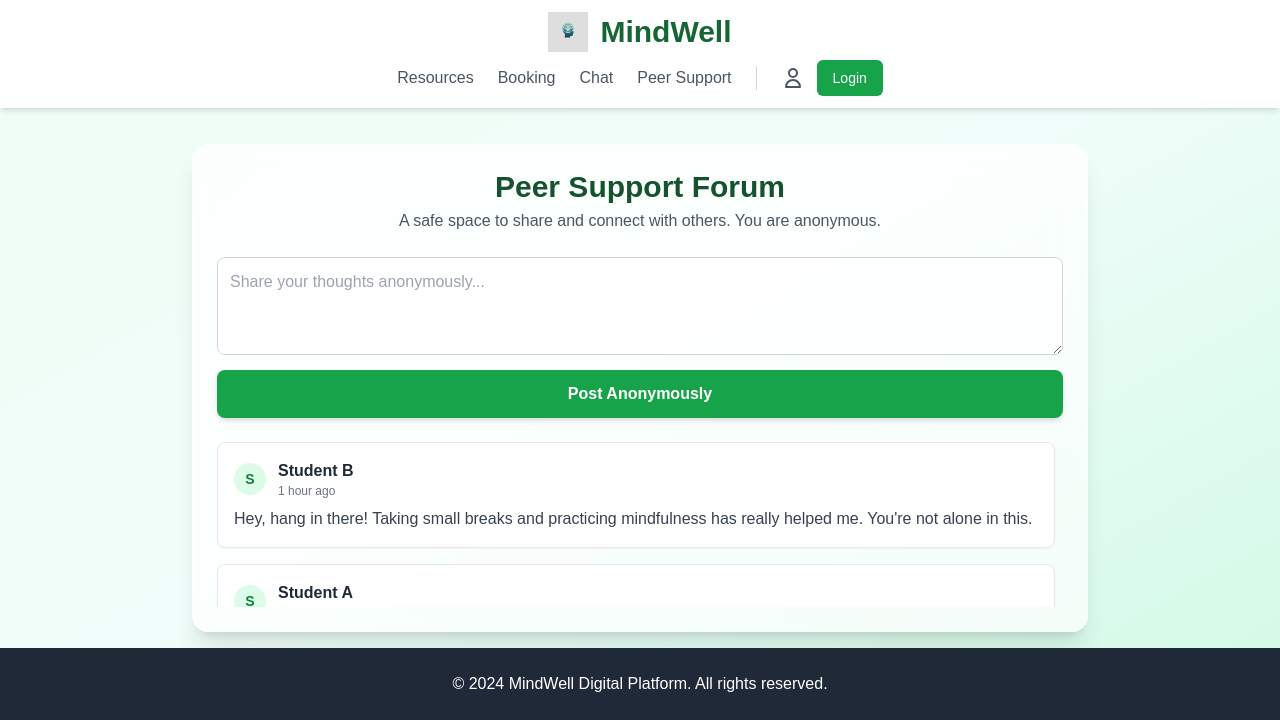
Repository: alokse24b01025/mentalhealth-project-sih-
Page: /peer-support (app in p1/)
The author's editor kept a copy of each file at every save. The page is drawn from the files as they stood at one save, then again after the next save.
The browser window is 1280 px wide. The pictures show the whole page.
The project was rebuilt for these pictures with package versions that can differ from the ones it lists, and the page was loaded fresh each time. Also part of the build but not shown: p1/vite.config.js, p1/src/pages/HomePage.jsx, p1/src/components/Chatbot.jsx, p1/src/pages/ChatPage.jsx, p1/src/components/ResourceCard.jsx, p1/src/data/mockResources.js, p1/src/pages/ResourcesPage.jsx, p1/src/data/mockCounselors.js and 3 more.

Above is the page before, as saved 2025-09-10 12:28:12.

### p1/index.html
<!doctype html>
<html lang="en">
  <head>
    <meta charset="UTF-8" />
    <link rel="icon" type="image/svg+xml" href="/logo.png" />
    <meta name="viewport" content="width=device-width, initial-scale=1.0" />
    <title>MINDwell</title>
  </head>
  <body>
    <div id="root"></div>
    <script type="module" src="/src/main.jsx"></script>
  </body>
</html>

### p1/src/App.jsx
import React from 'react';
import { BrowserRouter as Router, Routes, Route } from 'react-router-dom';
import { AuthProvider } from './AuthContext'; // Import the provider

// Import your pages
import HomePage from './pages/HomePage';
import ChatPage from './pages/ChatPage';
import ResourcesPage from './pages/ResourcesPage';
import BookingPage from './pages/BookingPage';
import PeerSupportPage from './pages/PeerSupportPage';
import AdminDashboard from './pages/AdminDashboard';
import LoginPage from './pages/LoginPage'; // Import the new login page
import './index.css';

function App() {
  return (
    <AuthProvider> {/* Wrap everything in AuthProvider */}
      <Router>
        <Routes>
          <Route path="/" element={<HomePage />} />
          <Route path="/chat" element={<ChatPage />} />
          <Route path="/resources" element={<ResourcesPage />} />
          <Route path="/booking" element={<BookingPage />} />
          <Route path="/peer-support" element={<PeerSupportPage />} />
         <Route path="/admin" element={<AdminDashboard />} />
          <Route path="/login" element={<LoginPage />} /> {/* Add the login route */}
        </Routes>
      </Router>
    </AuthProvider>
  );
}

export default App;

### p1/src/index.css
@tailwind base;
@tailwind components;
@tailwind utilities;

body {
  font-family: Arial, sans-serif;
  -webkit-font-smoothing: antialiased;
  -moz-osx-font-smoothing: grayscale;
}

### p1/src/AuthContext.jsx
import React, { useContext, useState, useEffect } from 'react';
import { auth } from './firebase';
import {
  onAuthStateChanged,
  signOut,
  signInWithEmailAndPassword
} from "firebase/auth";

const AuthContext = React.createContext();

// This is the function that was likely missing the 'export' keyword
export function useAuth() {
  return useContext(AuthContext);
}

export function AuthProvider({ children }) {
  const [currentUser, setCurrentUser] = useState(null);
  const [loading, setLoading] = useState(true);

  function login(email, password) {
    return signInWithEmailAndPassword(auth, email, password);
  }

  function logout() {
    return signOut(auth);
  }

  useEffect(() => {
    const unsubscribe = onAuthStateChanged(auth, user => {
      setCurrentUser(user);
      setLoading(false);
    });

    return unsubscribe;
  }, []);

  const value = {
    currentUser,
    login,
    logout
  };

  return (
    <AuthContext.Provider value={value}>
      {!loading && children}
    </AuthContext.Provider>
  );
}

### p1/src/pages/PeerSupportPage.jsx
import React from 'react';
import Header from '../components/Header';
import Footer from '../components/Footer';
import PeerSupport from '../components/PeerSupport';

const PeerSupportPage = () => {
  return (
    // This creates a full-height, vertical layout for the entire page
    <div className="h-screen flex flex-col bg-gradient-to-br from-green-50 via-teal-50 to-emerald-100">
      <Header />

      {/* This main section takes up all remaining space and centers its content */}
      <main className="flex-1 w-full flex flex-col items-center p-4 pt-36 overflow-hidden">

        {/* This container holds the Peer Support UI and fills the main area without overflowing */}
        <div className="w-full max-w-4xl flex-1 flex flex-col min-h-0">

          {/* The PeerSupport component will now be fully visible and fill the available space */}
          <PeerSupport />

        </div>
      </main>

      <Footer />
    </div>
  );
};

export default PeerSupportPage;

### p1/src/firebase.js
import { initializeApp } from "firebase/app";
import { getAuth } from "firebase/auth";

// IMPORTANT: Replace this with the firebaseConfig object you copied from the Firebase console
const firebaseConfig = {
  apiKey: "YOUR_API_KEY",
  authDomain: "YOUR_AUTH_DOMAIN",
  projectId: "YOUR_PROJECT_ID",
  storageBucket: "YOUR_STORAGE_BUCKET",
  messagingSenderId: "YOUR_MESSAGING_SENDER_ID",
  appId: "YOUR_APP_ID"
};

// Initialize Firebase
const app = initializeApp(firebaseConfig);

// Export the auth instance to be used in other parts of the app
export const auth = getAuth(app);

### p1/src/components/Header.jsx
import React, { useState } from 'react';
import { Link } from 'react-router-dom';
import logo from '../assets/logo.png';
import { useAuth } from '../AuthContext';

const Header = () => {
  const { currentUser, logout } = useAuth();
  const [isLoggingOut, setIsLoggingOut] = useState(false);

  const handleLogout = async () => {
    setIsLoggingOut(true);
    try {
      await logout();
    } catch (error) {
      console.error("Failed to log out:", error);
    } finally {
      setIsLoggingOut(false);
    }
  };

  const profileIcon = (
    <svg xmlns="http://www.w3.org/2000/svg" className="h-6 w-6" fill="none" viewBox="0 0 24 24" stroke="currentColor" strokeWidth={2}>
      <path strokeLinecap="round" strokeLinejoin="round" d="M16 7a4 4 0 11-8 0 4 4 0 018 0zM12 14a7 7 0 00-7 7h14a7 7 0 00-7-7z" />
    </svg>
  );

  return (
    <header className="bg-white shadow-md fixed top-0 w-full z-50 py-3 flex flex-col items-center">

      {/* Top Row: Centered Logo and Name */}
      <div className="mb-2">
        <Link to="/" className="flex items-center justify-center gap-x-3">
          <img src={logo} alt="MindWell Logo" className="h-10 w-auto" />
          <h1 className="text-3xl font-bold text-green-800 hidden md:block">MindWell</h1>
        </Link>
      </div>

      {/* Bottom Row: Navigation Links */}
      <nav className="flex items-center justify-center flex-wrap gap-x-6 gap-y-2 px-4">
        <Link to="/resources" className="text-gray-600 hover:text-green-600 transition-colors">Resources</Link>
        <Link to="/booking" className="text-gray-600 hover:text-green-600 transition-colors">Booking</Link>
        <Link to="/chat" className="text-gray-600 hover:text-green-600 transition-colors">Chat</Link>
        <Link to="/peer-support" className="text-gray-600 hover:text-green-600 transition-colors">Peer Support</Link>

        <div className="border-l border-gray-300 h-6"></div>

        {currentUser ? (
          <div className="flex items-center space-x-3">
            <span className="text-gray-600">{profileIcon}</span>
            <button
              onClick={handleLogout}
              disabled={isLoggingOut}
              className={`text-white px-4 py-2 text-sm rounded-md transition-colors ${
                isLoggingOut
                  ? 'bg-red-300 cursor-not-allowed'
                  : 'bg-red-500 hover:bg-red-600'
              }`}
            >
              {isLoggingOut ? '...' : 'Logout'}
            </button>
          </div>
        ) : (
          <div className="flex items-center space-x-3">
            <Link to="/login" className="text-gray-600 hover:text-green-600">
              {profileIcon}
            </Link>
            <Link
              to="/login"
              className="bg-green-600 text-white px-4 py-2 text-sm rounded-md hover:bg-green-700 transition-colors"
            >
              Login
            </Link>
          </div>
        )}
      </nav>
    </header>
  );
};

export default Header;

### p1/src/components/Footer.jsx
import React from 'react';

const Footer = () => {
  return (
    <footer className="bg-gray-800 text-white p-6 text-center">
      <p>&copy; 2024 MindWell Digital Platform. All rights reserved.</p>
    </footer>
  );
};
export default Footer;

### p1/src/components/PeerSupport.jsx
import React, { useState } from 'react';

// --- Sub-component 1: The Form for creating a new post ---
const PostForm = ({ newPost, setNewPost, isPosting, handlePost }) => {
  return (
    <div className="mb-6">
      <textarea
        value={newPost}
        onChange={(e) => setNewPost(e.target.value)}
        className="w-full border border-gray-300 rounded-lg p-3 focus:outline-none focus:ring-2 focus:ring-green-500 transition bg-white/80"
        rows="3"
        placeholder="Share your thoughts anonymously..."
      ></textarea>
      <button
        onClick={handlePost}
        disabled={isPosting}
        className={`w-full mt-2 py-3 px-4 font-semibold rounded-lg shadow-md transition-all duration-300 ${
          isPosting
            ? 'bg-green-300 cursor-not-allowed'
            : 'bg-green-600 text-white hover:bg-green-700'
        }`}
      >
        {isPosting ? 'Posting...' : 'Post Anonymously'}
      </button>
    </div>
  );
};

// --- Sub-component 2: The List that displays all posts ---
const PostList = ({ posts }) => {
  return (
    <div className="flex-grow overflow-y-auto space-y-4 pr-2">
      {posts.map(post => (
        <div key={post.id} className="bg-white p-4 rounded-lg border border-gray-200 shadow-sm">
          <div className="flex items-center mb-2">
            <span className="flex items-center justify-center h-8 w-8 rounded-full bg-green-100 text-green-700 font-bold text-sm mr-3">
              {post.author.charAt(0)}
            </span>
            <div>
              <p className="font-bold text-gray-800">{post.author}</p>
              <p className="text-xs text-gray-500">{post.timestamp}</p>
            </div>
          </div>
          <p className="text-gray-700">{post.content}</p>
        </div>
      ))}
    </div>
  );
};


// --- Main PeerSupport Component ---
const PeerSupport = () => {
  const [posts, setPosts] = useState([
    { id: 2, author: 'Student B', content: 'Hey, hang in there! Taking small breaks and practicing mindfulness has really helped me. You\'re not alone in this.', timestamp: '1 hour ago' },
    { id: 1, author: 'Student A', content: 'Feeling really overwhelmed with final exams. Anyone else struggling to focus?', timestamp: '2 hours ago' },
  ]);
  const [newPost, setNewPost] = useState('');
  const [isPosting, setIsPosting] = useState(false);

  const handlePost = () => {
    if (newPost.trim() === '') return;
    setIsPosting(true);

    setTimeout(() => {
      const newPostData = {
        id: Date.now(),
        author: 'You (Anonymous)',
        content: newPost,
        timestamp: 'Just now',
      };
      setPosts(prev => [newPostData, ...prev]);
      setNewPost('');
      setIsPosting(false);
    }, 700);
  };

  return (
    <div className="flex-1 flex flex-col bg-white/70 backdrop-blur-lg border border-white/20 shadow-xl rounded-2xl p-6 min-h-0">
      <div className="text-center mb-6">
        <h2 className="text-3xl font-bold text-green-900">Peer Support Forum</h2>
        <p className="mt-1 text-gray-600">A safe space to share and connect with others. You are anonymous.</p>
      </div>

      <PostForm
        newPost={newPost}
        setNewPost={setNewPost}
        isPosting={isPosting}
        handlePost={handlePost}
      />

      <PostList posts={posts} />
    </div>
  );
};

export default PeerSupport;

Loaded but not shown: p1/src/main.jsx (common file); p1/tailwind.config.js (common file)

After the next save:
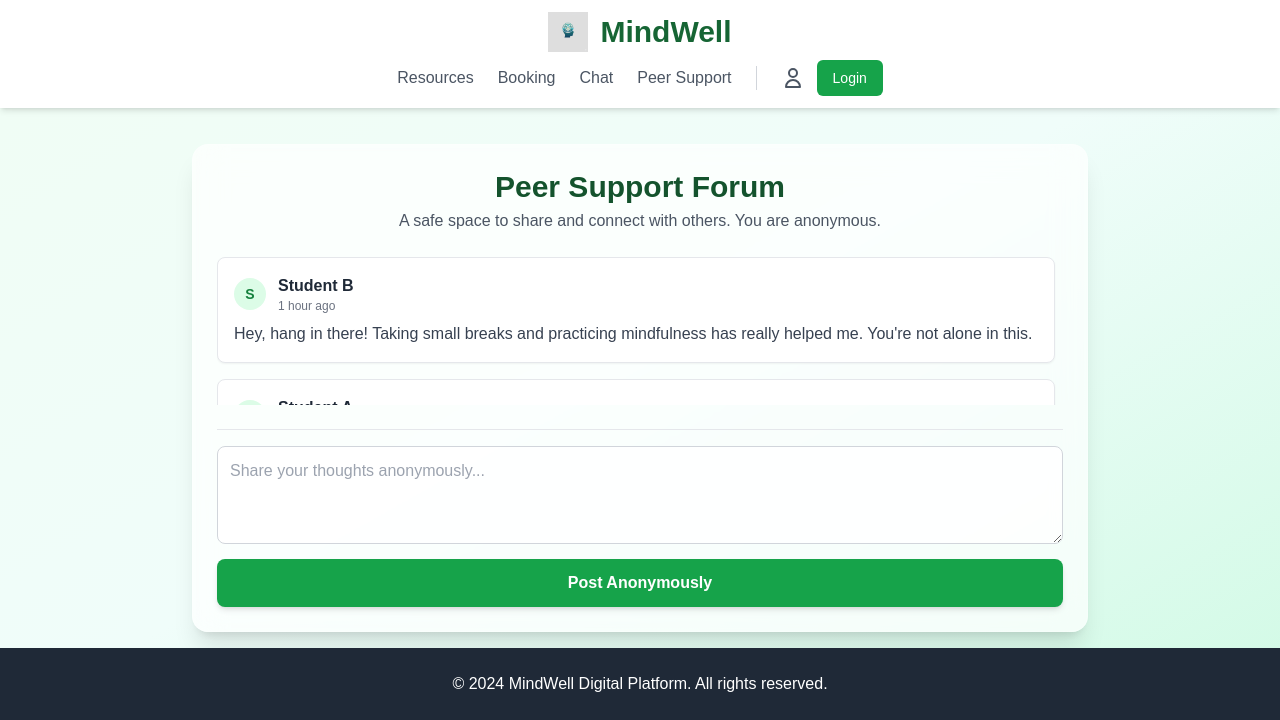
Saved 99 s later.
--- a/p1/src/components/PeerSupport.jsx
+++ b/p1/src/components/PeerSupport.jsx
@@ -3,7 +3,8 @@ import React, { useState } from 'react';
 // --- Sub-component 1: The Form for creating a new post ---
 const PostForm = ({ newPost, setNewPost, isPosting, handlePost }) => {
   return (
-    <div className="mb-6">
+    // This div now has top margin and a border to separate it from the list above
+    <div className="mt-6 border-t border-gray-200 pt-4">
       <textarea
         value={newPost}
         onChange={(e) => setNewPost(e.target.value)}
@@ -82,14 +83,17 @@ const PeerSupport = () => {
         <p className="mt-1 text-gray-600">A safe space to share and connect with others. You are anonymous.</p>
       </div>
 
+      {/* -- LAYOUT CHANGED -- */}
+      {/* The PostList (chat feed) now comes first */}
+      <PostList posts={posts} />
+
+      {/* The PostForm (typing area) now comes last */}
       <PostForm
         newPost={newPost}
         setNewPost={setNewPost}
         isPosting={isPosting}
         handlePost={handlePost}
       />
-
-      <PostList posts={posts} />
     </div>
   );
 };
